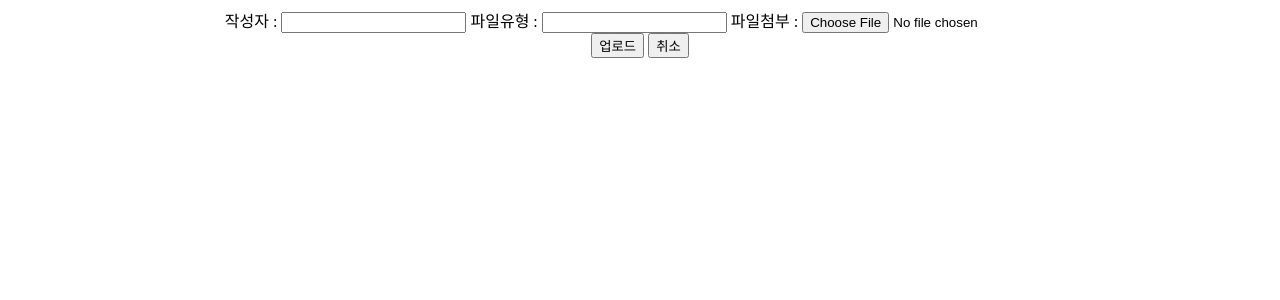
Repository: LTaeHoon/javajsp_ncs
Page: http://localhost/chap09_FileUpload/fileUpload/fileUploadForm.jsp
The author's editor kept a copy of each file at every save. The page is drawn from the files as they stood at one save, then again after the next save.
The browser window is 1280 px wide. The pictures show the whole page.
The page is served by Tomcat 9.

Above is the page before, as saved 2017-01-25 01:54:53.

After the next save:
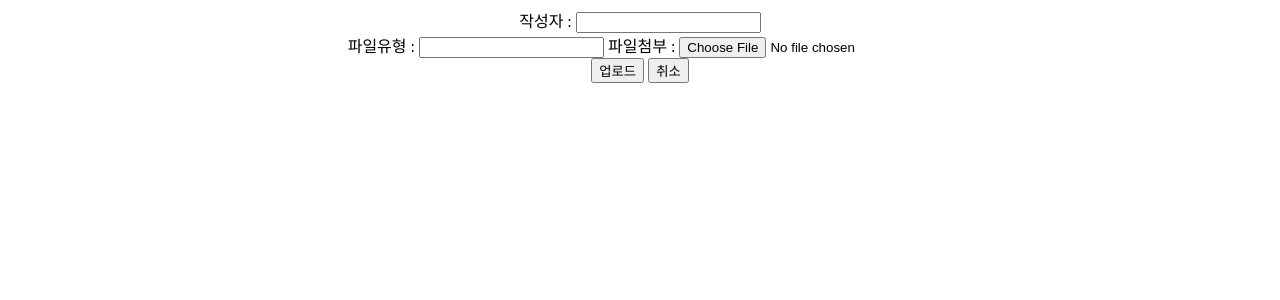
Saved 11 s later.
--- a/chap09_FileUpload/WebContent/fileUpload/fileUploadForm.jsp
+++ b/chap09_FileUpload/WebContent/fileUpload/fileUploadForm.jsp
@@ -10,7 +10,7 @@
 	<div align="center">
 		<form action="fileUploadOut.jsp" method="post"
 		      enctype="multipart/form-data">
-		    작성자 : <input name="writer"/>
+		    작성자 : <input name="writer"/> <br>
 		    파일유형 : <input name="fileType" readonly="readonly" onclick="typeOpen()"/>
 		    파일첨부 : <input type="file" name="fileName"/><br>
 		    <input type="submit"  value="업로드"/>
